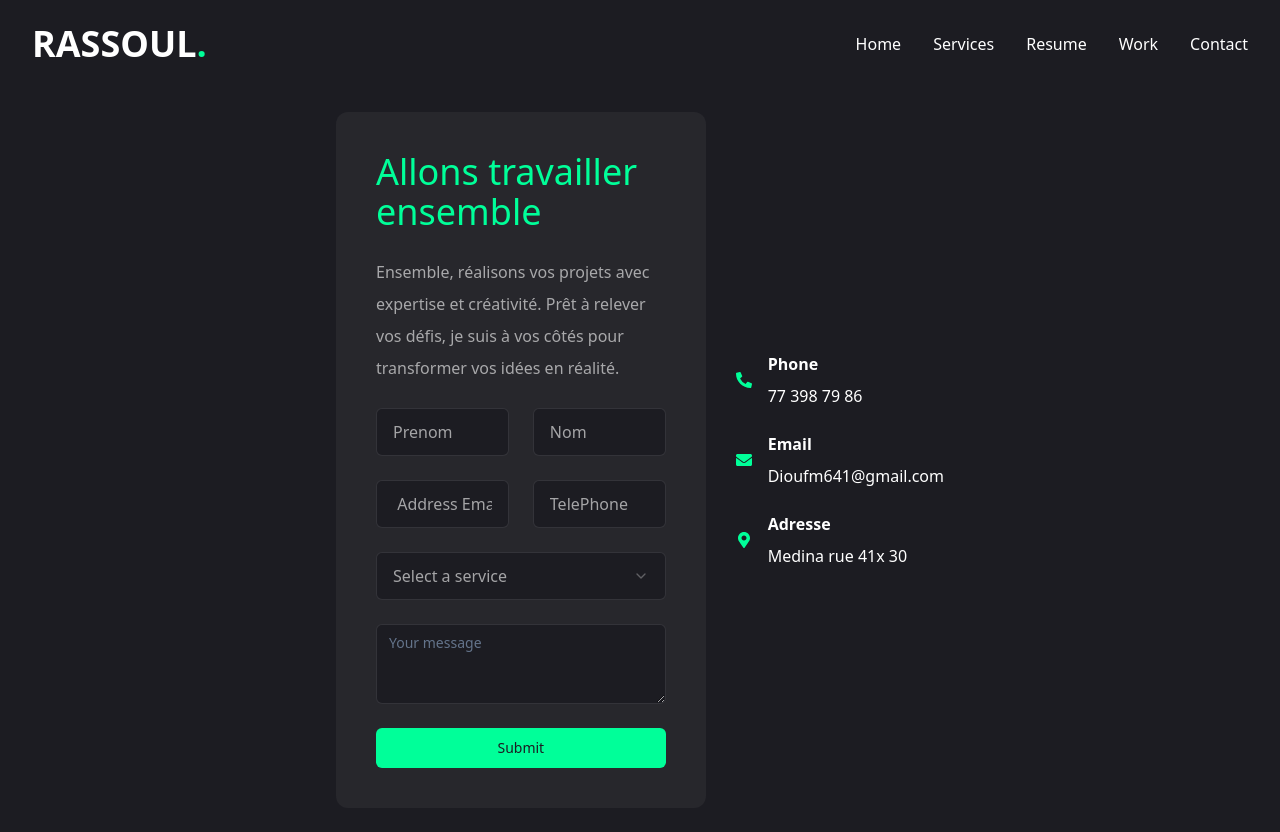
Repository: MDiouf9/portfolio2
Page: /contact
An editor plug-in stored every save of this project. The page is shown before and after a run of saves, followed by the edit.
The browser window is 1280 px wide. The pictures show the whole page.
The project was rebuilt for these pictures with package versions that can differ from the ones it lists, and the page was loaded fresh each time. The framework's server and built-in components were replaced by stand-ins that run in the browser. Also part of the build but not shown: next.config.mjs.

Above is the page before, as saved 2024-10-16 00:20:08.

After the next 6 saves:
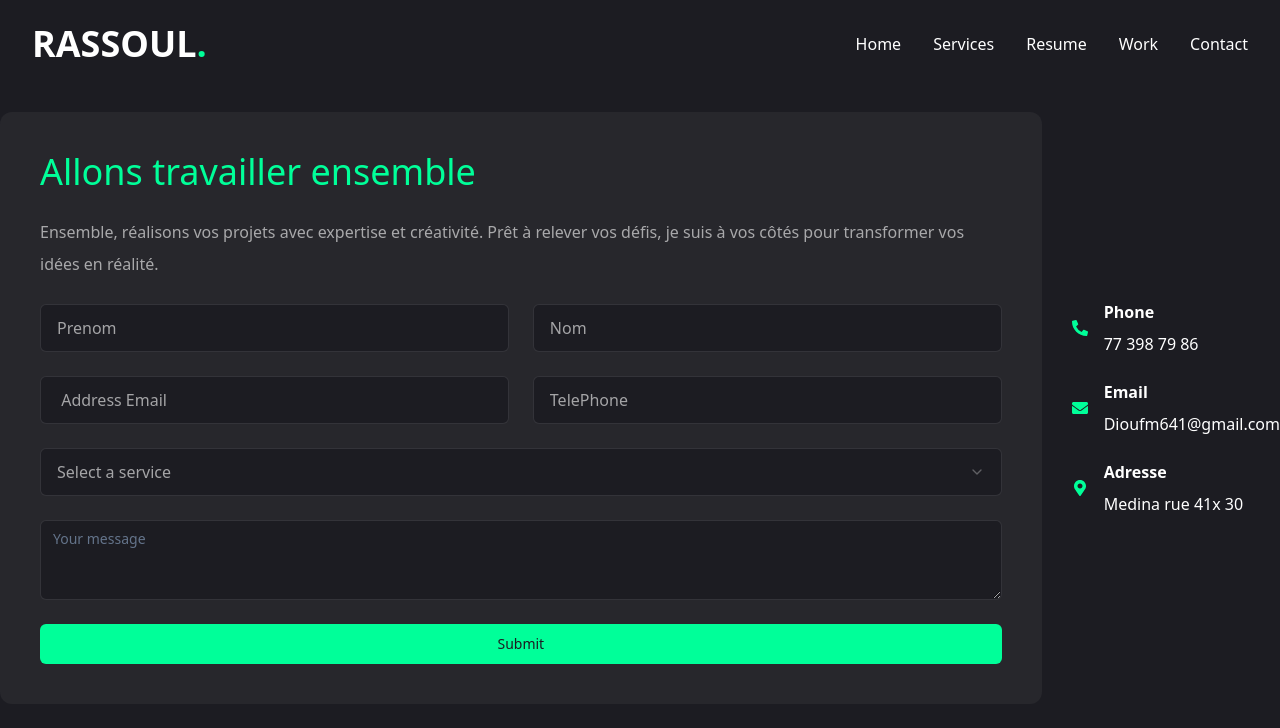
The 6 saves are shown as one change because they came seconds apart.
The last was saved 43 s later.
--- a/src/app/contact/page.tsx
+++ b/src/app/contact/page.tsx
@@ -42,7 +42,7 @@ const Contact = () => {
       }}
       className="py-6"
     >
-      <div className="container mx-auto px-4">
+      <div className="">
         <div className="flex flex-col   xl:flex-row gap-[30px]">
           {/* Formulaire de contact */}
           <div className="  xl:h-[54%] order-2  xl:order-none ">
